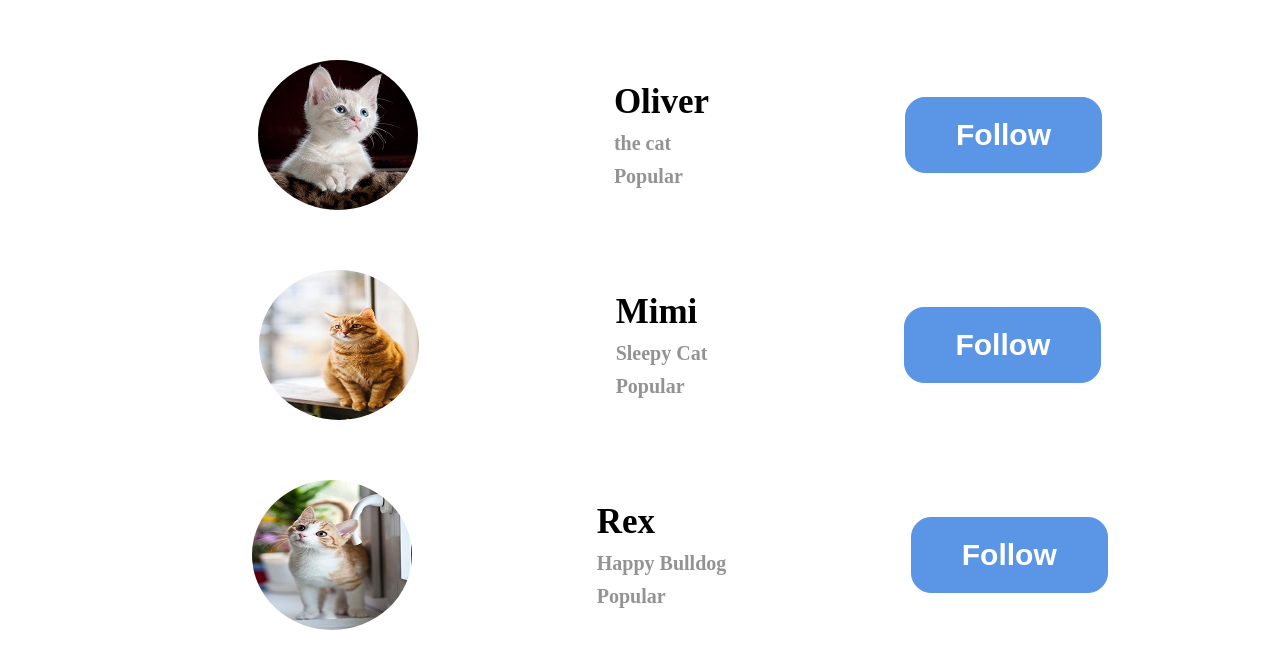
Repository: arifshahriyarnader/css-flexbox
Page: Exercise 4/index.html
These files come from the project's save history. The page is drawn as it stood at one moment and after the next save; the edit follows.
The browser window is 1280 px wide. The pictures show the whole page.

Above is the page before, as saved 2024-06-21 11:53:14.

After the next save:
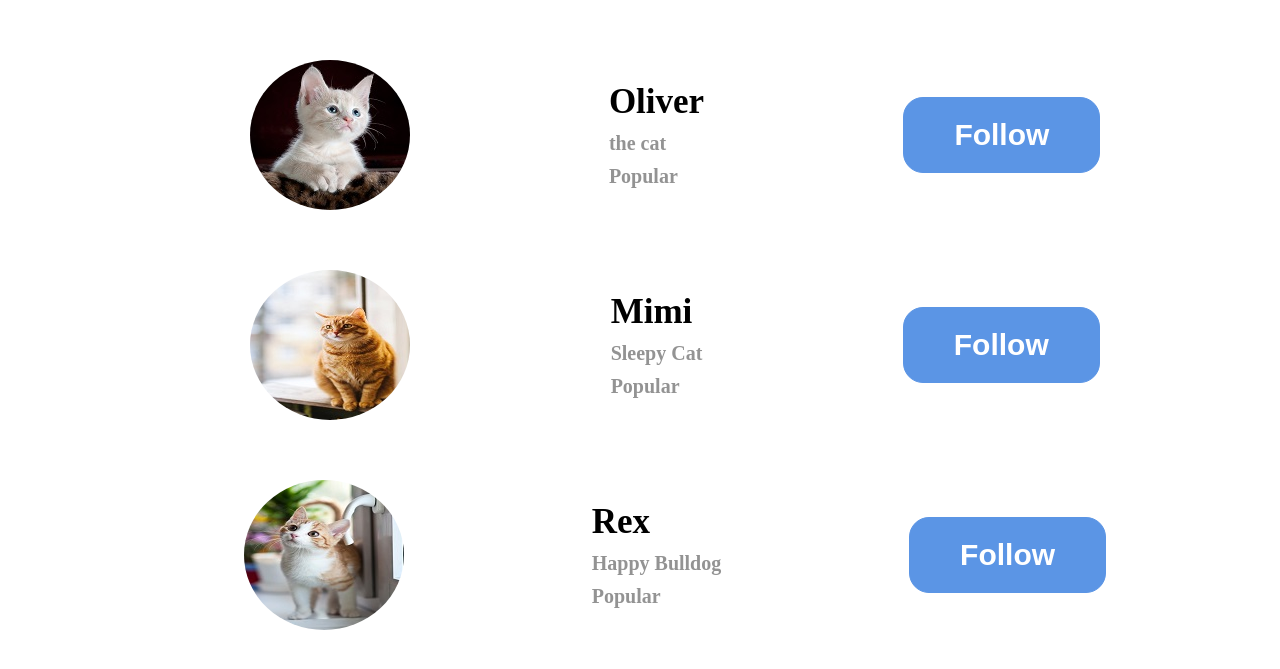
Saved 6 s later.
--- a/Exercise 4/css/style.css
+++ b/Exercise 4/css/style.css
@@ -11,7 +11,7 @@
 }
 .follow_img{
     border-radius: 50%;
-    margin-left: 80px;
+    margin-left: 70px;
 }
 .follow_content h3{
     font-size: 35px;
